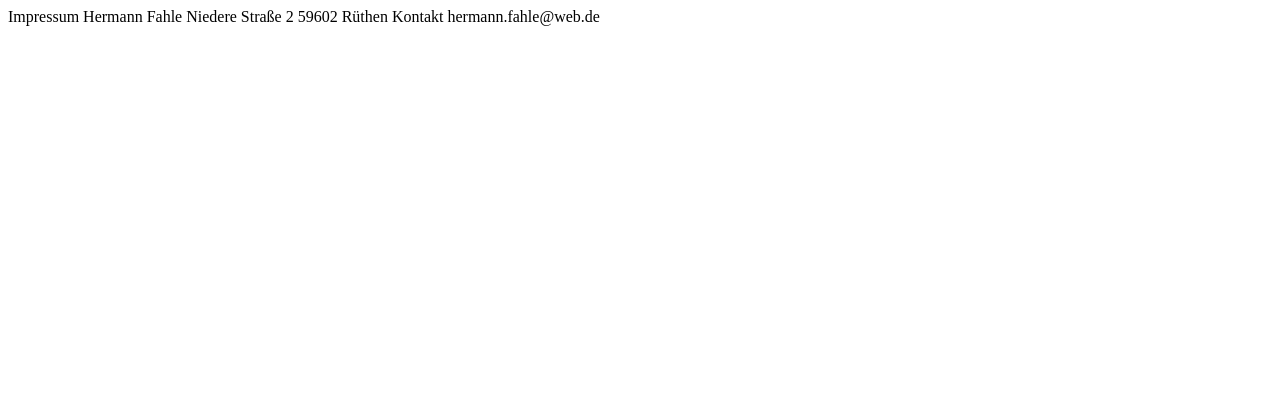
Repository: h-fahle/h-fahle.github.io
Page: impressum.html
The author's editor kept a copy of each file at every save. The page is drawn from the files as they stood at one save, then again after the next save.
The browser window is 1280 px wide. The pictures show the whole page.

Above is the page before, as saved 2026-05-24 12:32:48.

After the next save:
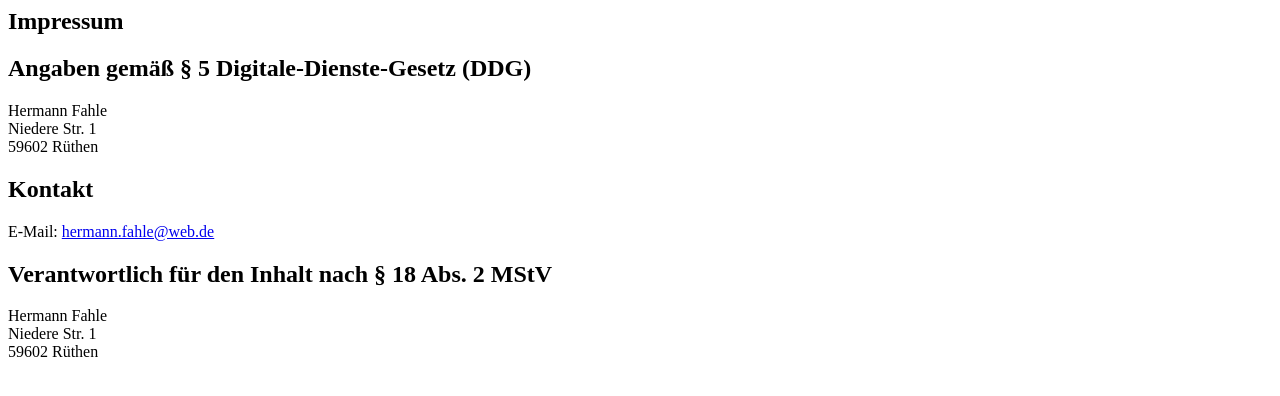
Saved 5 min 20 s later.
--- a/impressum.html
+++ b/impressum.html
@@ -1,7 +1,7 @@
-Impressum
-Hermann Fahle
-Niedere Straße 2
-59602 Rüthen
-
-Kontakt
-hermann.fahle@web.de
+<h2>Impressum</h2>
+<h2>Angaben gemäß § 5 Digitale-Dienste-Gesetz (DDG)</h2>
+<p>Hermann Fahle<br>Niedere Str. 1<br>59602 Rüthen</p>
+<h2>Kontakt</h2>
+<p>E-Mail: <a href="mailto:hermann.fahle@web.de">hermann.fahle@web.de</a></p>
+<h2>Verantwortlich für den Inhalt nach § 18 Abs. 2 MStV</h2>
+<p>Hermann Fahle<br>Niedere Str. 1<br>59602 Rüthen</p>
